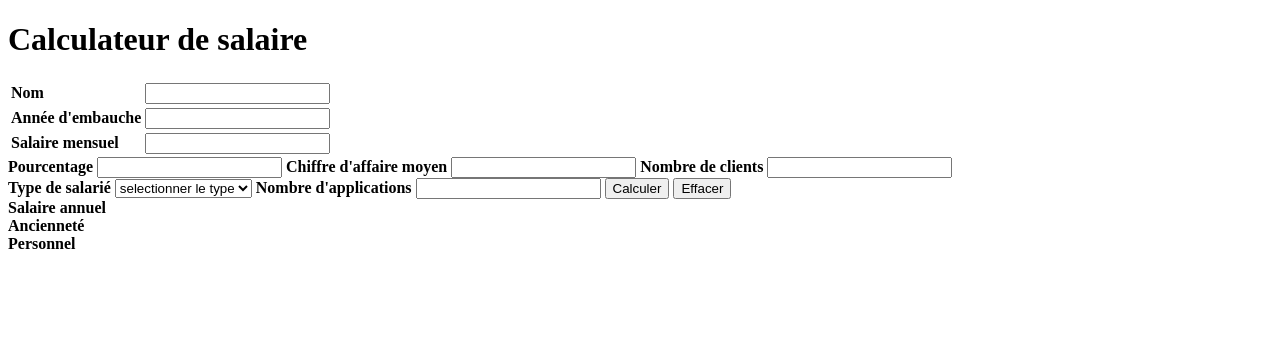
Repository: AgatheLM/formation_js
Page: insee-travaux-js/insee-client-js/tp2.html
These files come from the project's save history. The page is drawn as it stood at one moment and after the next save; the edit follows.
The browser window is 1280 px wide. The pictures show the whole page.

Above is the page before, as saved 2018-01-25 10:18:57.

### insee-travaux-js/insee-client-js/tp2.html
<!DOCTYPE html>
<html>
<head>
	<meta charset="utf-8">
	<meta http-equiv="X-UA-Compatible" content="IE=edge">
	<title>TP 2</title>
	<script type="text/javascript" src="scripts/TP2/classe.js"></script>
</head>

<body>
<h1> Calculateur de salaire</h1>
<form>
	<table>
		<tbody>
			<tr>
				<td> <label for="nom"> <strong> Nom </strong> </label></td>
				<td> <input type="text" id="nom" name="nom" value=""> </td>
			</tr>
			<tr>
				<td> <label for="anEmbauche"> <strong> Année d'embauche </strong> </label></td>
				<td> <input type="text" id="anEmbauche" name="anEmbauche" value=""> </td>
			</tr>
			<tr>
				<td> <label for="salaireM"> <strong> Salaire mensuel </strong> </label></td>
				<td> <input type="text" id="salaireM" name="salaireM" value=""> </td>
			</tr>
		</tbody>
	</table>
	<div id="divDev" style="display:none">
		<table>
			<tbody>
					<tr>
						<td> <label for="nbAppli"> <strong> Nombre d'applications </strong> </label></td>
						<td> <input type="text" id="nbAppli" name="nbAppli" value=""> </td>
					</tr>
					<tr>
						<td> <label for="note"> <strong> Note moyenne </strong> </label></td>
						<td> <input type="text" id="note" name="note" value=""> </td>
					</tr>
			</tbody>
		</table>
	</div>
			<div id="divCom">
				<tr>
					<td> <label for="pourcent"> <strong> Pourcentage </strong> </label></td>
					<td> <input type="text" id="pourcent" name="pourcent" value=""> </td>
				</tr>
				<tr>
					<td> <label for="caMoy"> <strong> Chiffre d'affaire moyen </strong> </label></td>
					<td> <input type="text" id="caMoy" name="caMoy" value=""> </td>
				</tr>
				<tr>
					<td> <label for="nbClient"> <strong> Nombre de clients </strong> </label></td>
					<td> <input type="text" id="nbClient" name="nbClient" value=""> </td>
				</tr>
			</div>
			<tr>
				<td> <label for="typeSalarie"> <strong>Type de salarié </strong> </label></td>
				<td><select name="typeSalarie" id="typeSalarie">
							<option value="none">selectionner le type</option>
							<option value="dev">Developpeur</option>
							<option value="com">Commercial</option>
					</select></td>
			</tr>
			<tr>
				<td> <label for="nbAppli"> <strong> Nombre d'applications </strong> </label></td>
				<td> <input type="text" id="nbAppli" name="nbAppli" value=""> </td>
			</tr>
		</tbody>
	</table>
	<input type="button" value="Calculer" onClick="calculer()">
	<input type="reset" value="Effacer" onClick="effacer()"><br>
	<label for="salAn"> <strong> Salaire annuel </strong> </label>
	<label id="salAn" name="salAn">  </label><br>
	<label for="anciennete"> <strong> Ancienneté </strong> </label>
	<label id="anciennete" name="anciennete"> </label><br>
	<label for="persoString"> <strong> Personnel </strong> </label>
	<label id="persoString" name="persoString"> </label><br>

</form>
</body>

### insee-travaux-js/insee-client-js/scripts/TP2/classe.js
/*******************************************************************************
 * Personnel *
 ******************************************************************************/

function Personnel(nom, anEmbauche, salaireM) {
	// Attributs
	this.nom = nom;
	this.anEmbauche = anEmbauche;
	this.salaireM = salaireM;
}

//Méthodes
Personnel.prototype.getSalaireA = function() {
	return 12 * this.salaireM;
}
Personnel.prototype.getAnciennete = function() {
	var today=new Date();
	var anneeEnCours = today.getFullYear();
	return anneeEnCours-anAmbauche;
}

/*******************************************************************************
 * Developpeur *
 ******************************************************************************/

function Developpeur(nom, anEmbauche, salaireM, nbApp, note) {
	// Attributs parents
	Personnel.call(this, nom, anEmbauche, salaireM);
	// Attributs propres
	this.nbApp = nbApp;
	this.note = note;
}

/*******************************************************************************
 * Commercial *
 ******************************************************************************/

function Commercial(nom, anEmbauche, salaireM, nbClient, caMoy) {
	// Attributs parents
	Personnel.call(this, nom, anEmbauche, salaireM);
	// Attributs propres
	this.nbClient = nbClient;
	this.caMoy = caMoy;
}

//Méthodes
/**On instancie le fait que commercial est une instance de personnel pour pouvoire hériter des méthodes*/
Commercial.prototype= new Personnel();
Commercial.prototype.getSalaireA = function(pourcentage){
	var salaireA = this.constructor.prototype.getSalaireA.call(this);
	return salaireA + (this.caMoy*pourcentage/100);
}

After the next save:
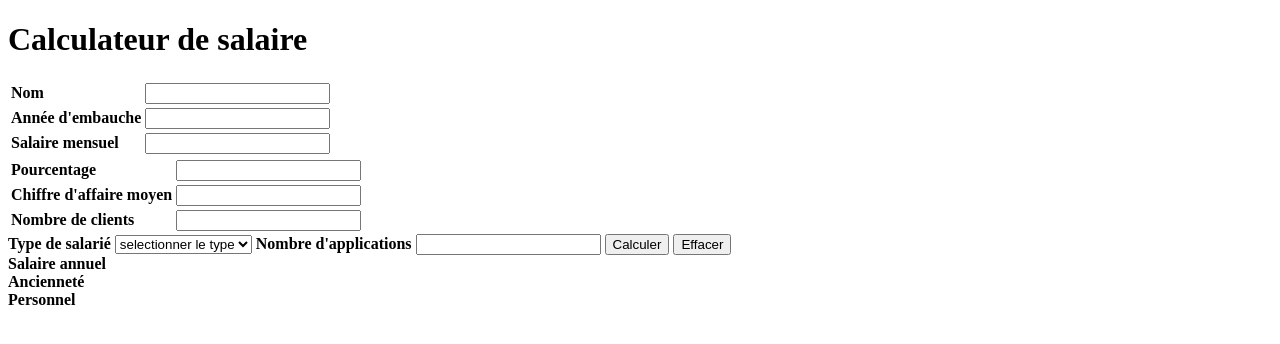
Saved 25 s later.
--- a/insee-travaux-js/insee-client-js/tp2.html
+++ b/insee-travaux-js/insee-client-js/tp2.html
@@ -40,20 +40,24 @@
 			</tbody>
 		</table>
 	</div>
-			<div id="divCom">
-				<tr>
-					<td> <label for="pourcent"> <strong> Pourcentage </strong> </label></td>
-					<td> <input type="text" id="pourcent" name="pourcent" value=""> </td>
-				</tr>
-				<tr>
-					<td> <label for="caMoy"> <strong> Chiffre d'affaire moyen </strong> </label></td>
-					<td> <input type="text" id="caMoy" name="caMoy" value=""> </td>
-				</tr>
-				<tr>
-					<td> <label for="nbClient"> <strong> Nombre de clients </strong> </label></td>
-					<td> <input type="text" id="nbClient" name="nbClient" value=""> </td>
-				</tr>
-			</div>
+	<div id="divCom">
+		<table>
+			<tbody>
+					<tr>
+						<td> <label for="pourcent"> <strong> Pourcentage </strong> </label></td>
+						<td> <input type="text" id="pourcent" name="pourcent" value=""> </td>
+					</tr>
+					<tr>
+						<td> <label for="caMoy"> <strong> Chiffre d'affaire moyen </strong> </label></td>
+						<td> <input type="text" id="caMoy" name="caMoy" value=""> </td>
+					</tr>
+					<tr>
+						<td> <label for="nbClient"> <strong> Nombre de clients </strong> </label></td>
+						<td> <input type="text" id="nbClient" name="nbClient" value=""> </td>
+					</tr>
+				</tbody>
+			</table>
+	</div>
 			<tr>
 				<td> <label for="typeSalarie"> <strong>Type de salarié </strong> </label></td>
 				<td><select name="typeSalarie" id="typeSalarie">
